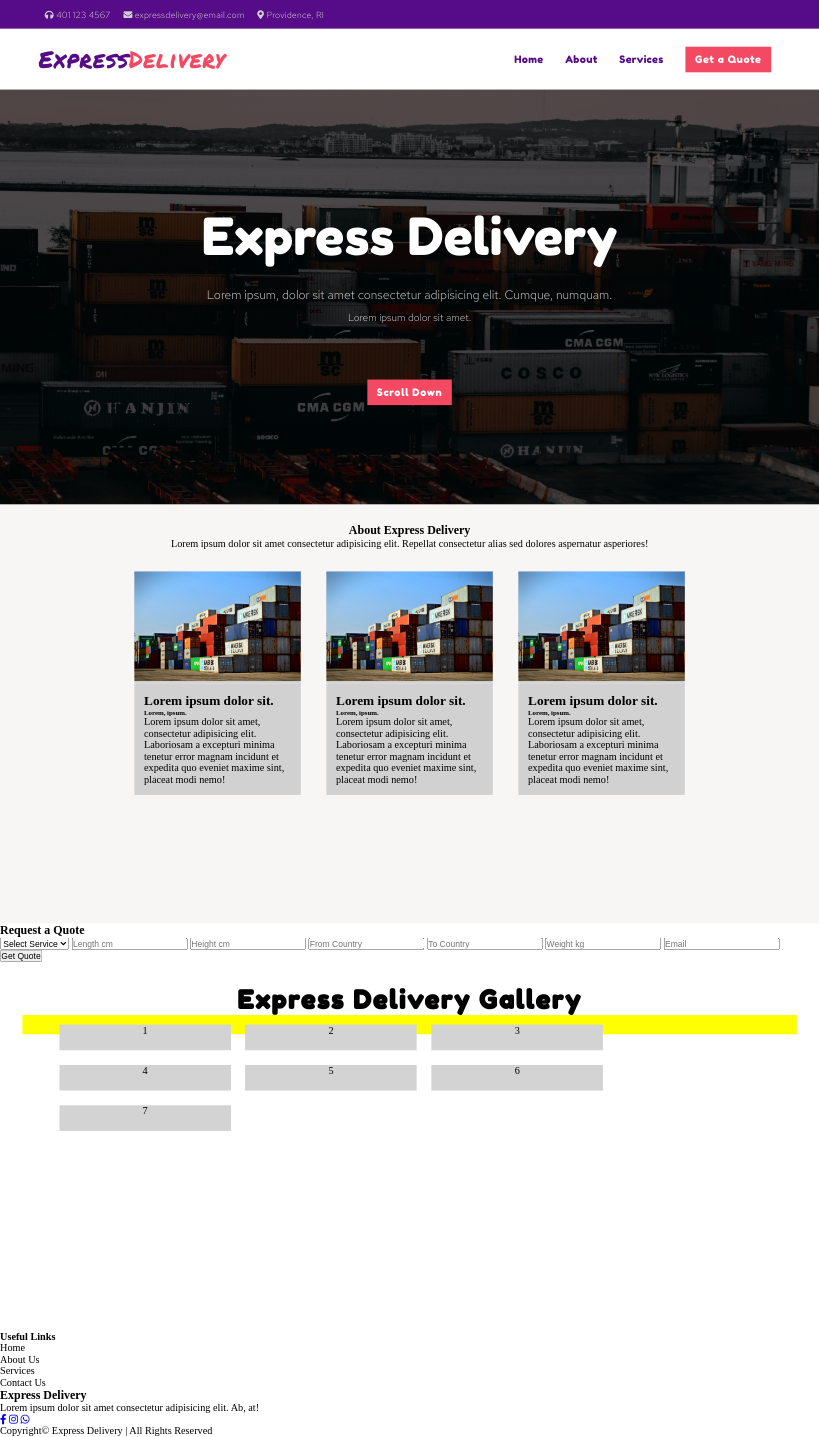
Repository: just-mann/express-delivery
Page: index.html
These files come from the project's save history. The page is drawn as it stood at one moment and after the next save; the edit follows.
The browser window is 1280 px wide. The pictures show the whole page, at 64% of full size.
The style sheet was rebuilt from its Sass, Less or Tailwind sources for each picture, by a compiler version that may differ from the author's.

Above is the page before, as saved 2021-06-30 14:55:43.

After the next save:
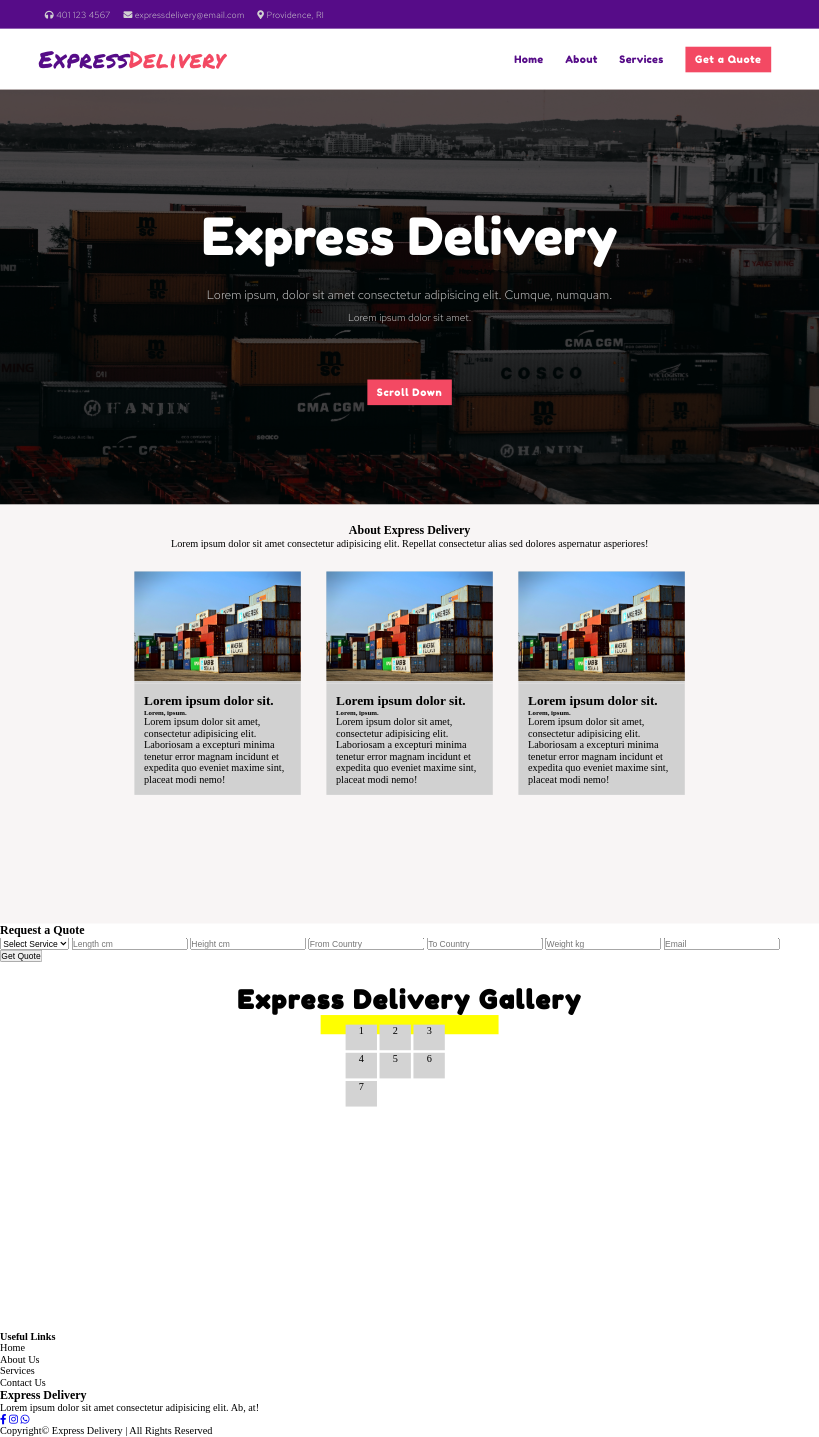
Saved 12 s later.
--- a/Sass/style.scss
+++ b/Sass/style.scss
@@ -235,6 +235,7 @@ header {
         background: yellow;
         padding: 15px 35px;
         text-align: center;
+        width: 23%;
         margin: 0 auto;
         // float: left;
 
